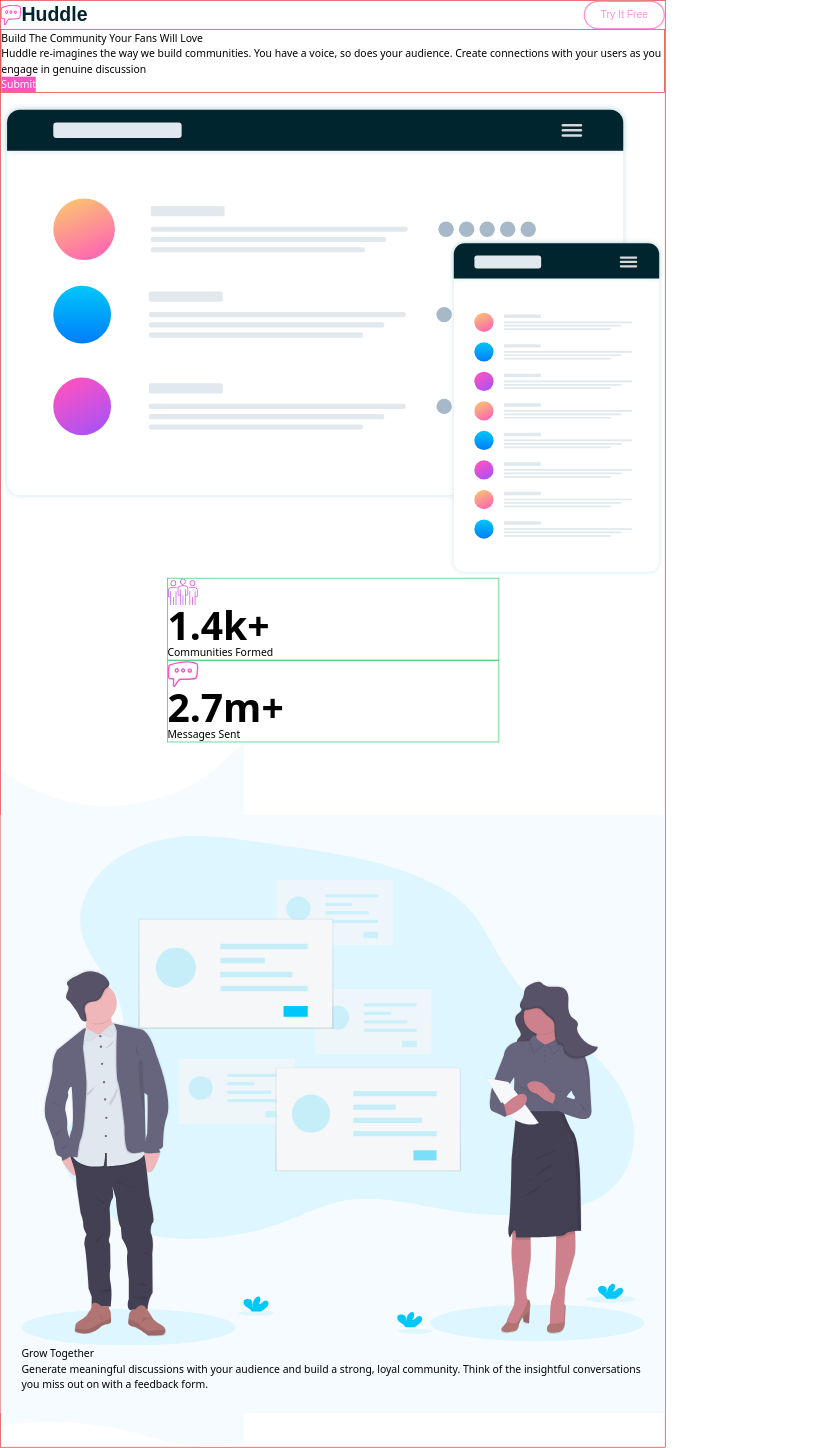
Repository: nivrii/huddle-landing-page-with-curved-sections-master
Page: /
These files come from the project's save history. The page is drawn as it stood at one moment and after the next save; the edit follows.
The browser window is 1280 px wide. The pictures show the whole page, at 65% of full size.
The project was rebuilt for these pictures with package versions that can differ from the ones it lists, and the page was loaded fresh each time. Also part of the build but not shown: vite.config.js.

Above is the page before, as saved 2024-04-03 18:31:46.

After the next save:
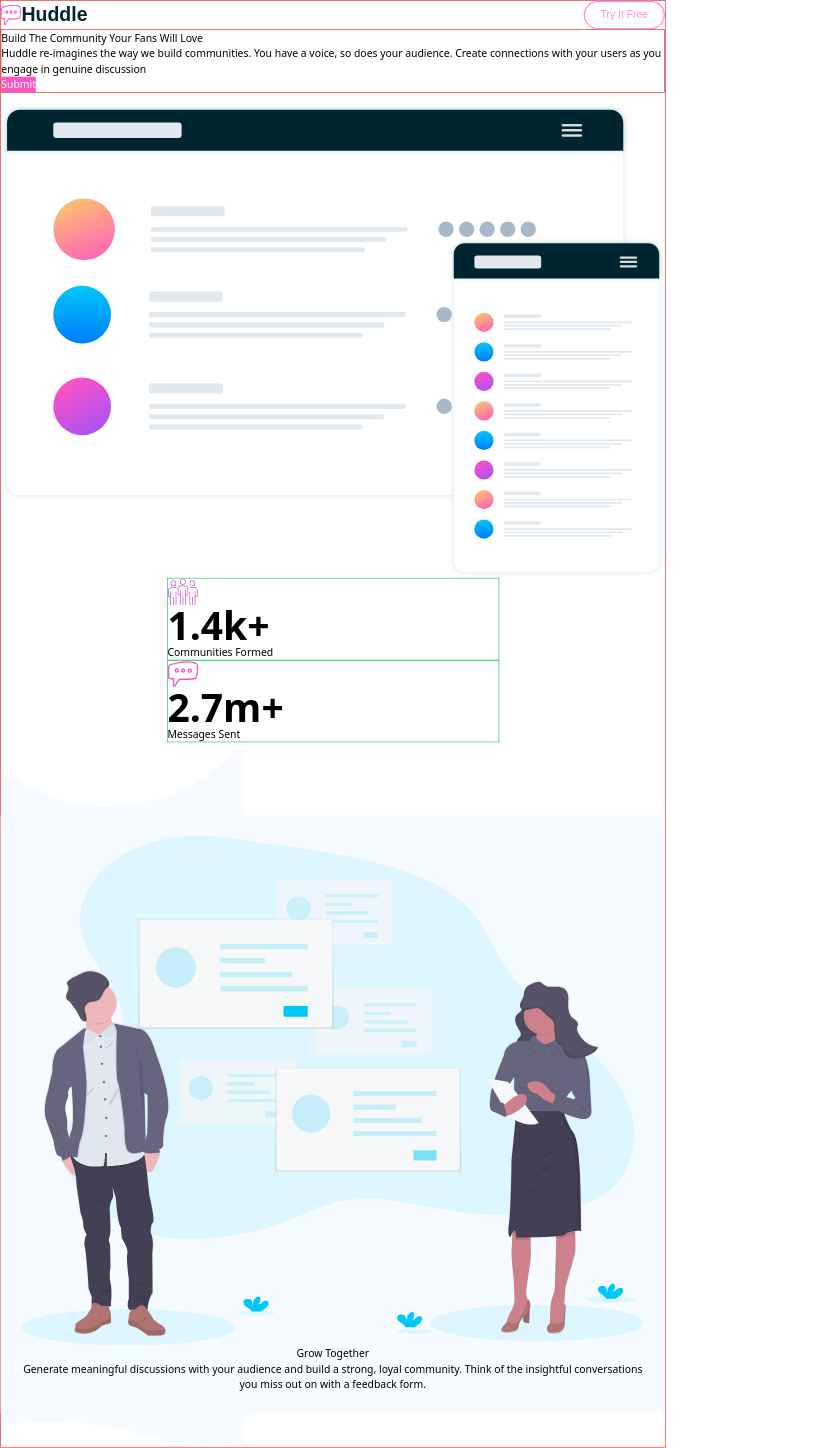
Saved 37 s later.
--- a/src/App.jsx
+++ b/src/App.jsx
@@ -64,7 +64,7 @@
 
       <img src={sectionTop1M} alt="divider" />
 
-      <section className="bg-sectionBG p-8">
+      <section className="bg-sectionBG p-8 text-center">
         <img src={grow} alt="" className="" />
         <h1>Grow Together</h1>
         <p>
